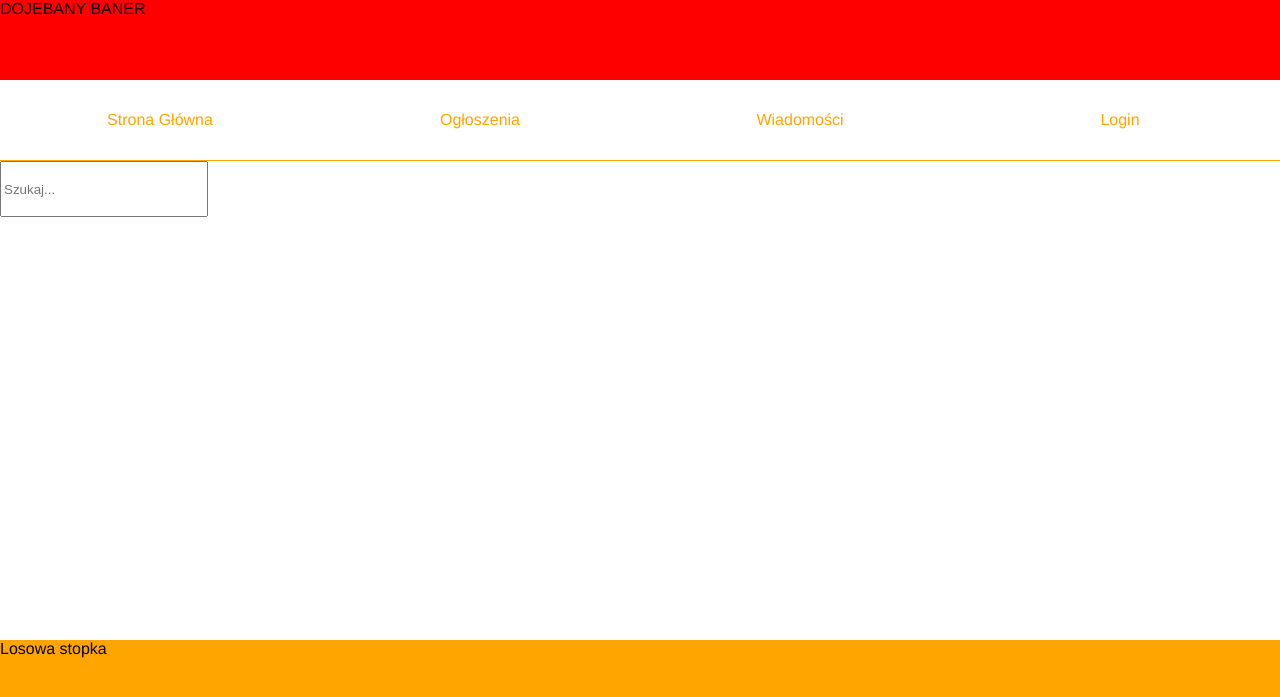
Repository: PatrykStawik/projectppz
Page: /wiadomosci
These files come from the project's save history. The page is drawn as it stood at one moment and after the next save; the edit follows.
The browser window is 1280 px wide. The pictures show the whole page.
The project was rebuilt for these pictures with package versions that can differ from the ones it lists, and the page was loaded fresh each time. The framework's server and built-in components were replaced by stand-ins that run in the browser.

Above is the page before, as saved 2021-05-26 10:11:35.

### pages/_app.tsx
import React from 'react';
import type { AppProps } from 'next/app';
import { GlobalStyle } from '../styles/globalStyles';
import { Header } from '../components/Header';
import { Footer } from '../components/Footer'

function MyApp({ Component, pageProps }: AppProps) {
  return (
    <>
      <GlobalStyle />
      <Header/>
        <Component {...pageProps} />
      <Footer/>
    </>
  );
}

// eslint-disable-next-line import/no-default-export
export default MyApp;

### pages/_document.tsx
import React from 'react';
import Document, { DocumentContext, DocumentInitialProps } from 'next/document';
import { ServerStyleSheet } from 'styled-components';

class MyDocument extends Document {
  static async getInitialProps(ctx: DocumentContext): Promise<DocumentInitialProps> {
    const sheet = new ServerStyleSheet();
    const originalRenderPage = ctx.renderPage;

    try {
      ctx.renderPage = () =>
        originalRenderPage({
          enhanceApp: App => props => sheet.collectStyles(<App {...props} />),
        });

      const initialProps = await Document.getInitialProps(ctx);
      return {
        ...initialProps,
        styles: (
          <>
            {initialProps.styles}
            {sheet.getStyleElement()}
          </>
        ),
      };
    } finally {
      sheet.seal();
    }
  }
}

// eslint-disable-next-line import/no-default-export
export default MyDocument;

### pages/wiadomosci/index.tsx
import React from 'react';
import { MessagesPage } from '../../components/MessagesPage';

export const NewsIndex = () => <MessagesPage />;

// eslint-disable-next-line import/no-default-export
export default NewsIndex;

### styles/globalStyles.ts
import { createGlobalStyle } from 'styled-components';

export const GlobalStyle = createGlobalStyle`
  body {
    margin: 0;
    padding: 0;
    font-family: Open-Sans, Helvetica, Sans-Serif;
  }
`;

### components/MessagesPage/index.tsx
export { MessagesPage } from './Messages';

### components/Header/Header.tsx
import React from 'react';
import styled from 'styled-components';
import { colors } from '../../styles/colors';
import { centerText, setFlex } from '../../styles/functions';
import { NextLink } from '../common/NextLink';

const Wrapper = styled.header`
  .baner {
    height: 80px;
    background-color: ${colors.red};
  }
  .menu {
    ${setFlex('column')}
    height: 80px;
    border-bottom: 1px solid ${colors.orange};
    .menuItem {
      flex: 1;
      height: 100%;
      ${centerText(80)};
      background-color: ${colors.white};
      color: ${colors.orange};
      cursor: pointer;
      transition: .5s all;
      &:hover{
        font-weight: bold;
      }
    }
  }
`;

const data = [
  { title: 'Strona Główna', href: '/' },
  { title: 'Ogłoszenia', href: '/ogloszenia' },
  { title: 'Wiadomości', href: '/wiadomosci' },
  { title: 'Login', href: '/login' },
];

export const Header = () => {
  return (
    <Wrapper>
      <div className="baner">DOJEBANY BANER</div>
      <div className="menu">
        {data.map(({ title, href }) => (
          <NextLink href={href} key={title}>
            <div className="menuItem">{title}</div>
          </NextLink>
        ))}
      </div>
    </Wrapper>
  );
};

### components/Footer/Footer.tsx
import React from 'react';
import styled from 'styled-components';
import { colors } from '../../styles/colors';

const Wrapper = styled.footer`
    height: 80px;
    background-color: ${colors.orange};
    position: absolute;
    width: 100%;
    bottom: 0;
`;

export const Footer = () => {
  return (
    <Wrapper>
      Losowa stopka
    </Wrapper>
  );
};

### components/MessagesPage/Messages.tsx
import React from 'react';
import styled from 'styled-components';
import { Input } from '../common/Input';

const Wrapper = styled.div`

`;

export const MessagesPage = () => {
  return (
    <Wrapper>
      <div className="search">
        <Input placeholder="Szukaj..."/>
      </div>
    </Wrapper>
  );
};

### styles/colors.ts
export const colors = {
  white: "white",
  black: "black",
  red: "red",
  orange: "orange",
  gray: "#b8b7b7",
  pink: "rgba(166,2,2,.05)"
}

### styles/functions.ts
export const centerText = (height: number) => {
  return `text-align: center;
  line-height: ${height}px`
}

export const setFlex = (type: "row" | "column" = "row") => {
  return `display: flex; flex-direction: ${type}`
}

### components/common/NextLink/index.tsx
export { NextLink } from './NextLink';

### components/common/NextLink/NextLink.tsx
import React from 'react';
import Link from 'next/link';
import styled from 'styled-components';
import { colors } from '../../../styles/colors';

const StyledLink = styled.a`
  color: ${colors.black};
  text-decoration: none;
  width: 100%;
`;

interface Props {
  href: string;
}

export const NextLink: React.FC<Props> = ({ children, href }) => {
  return (
    <Link href={href}>
      <StyledLink>{children}</StyledLink>
    </Link>
  );
};

### components/common/Input/Input.tsx
import React from 'react';
import styled from 'styled-components';

interface Props {
  big: boolean;
}

const StyledInput = styled.input`
width: 200px;
height: 50px;
<border-r></border-r>
`

export const Input = React.forwardRef<HTMLInputElement, Props & JSX.IntrinsicElements['input']>(
  (
    { children, className, defaultValue, disabled, name, onChange, placeholder, required = false, value, ...rest },
    forwardRef,
  ) => (
    <StyledInput
      aria-label={name}
      aria-required={required}
      disabled={disabled}
      placeholder={placeholder}
      ref={forwardRef}
      value={value || defaultValue}
      name={name}
      onChange={onChange}
      {...rest}
    />
  ),
);

Loaded but not shown: components/Header/index.tsx (common file); components/Footer/index.tsx (common file); components/common/Input/index.tsx (common file)

After the next save:
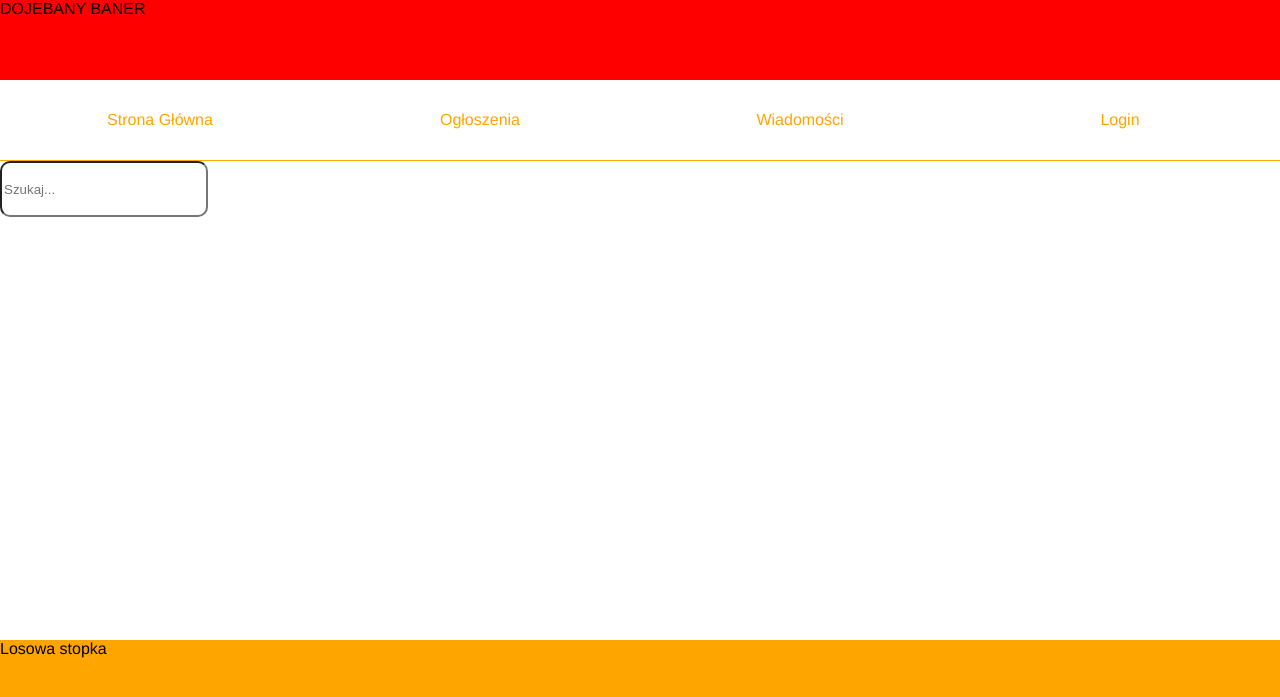
Saved 5 s later.
--- a/components/common/Input/Input.tsx
+++ b/components/common/Input/Input.tsx
@@ -8,7 +8,7 @@ interface Props {
 const StyledInput = styled.input`
 width: 200px;
 height: 50px;
-<border-r></border-r>
+border-radius: 10px;
 `
 
 export const Input = React.forwardRef<HTMLInputElement, Props & JSX.IntrinsicElements['input']>(
